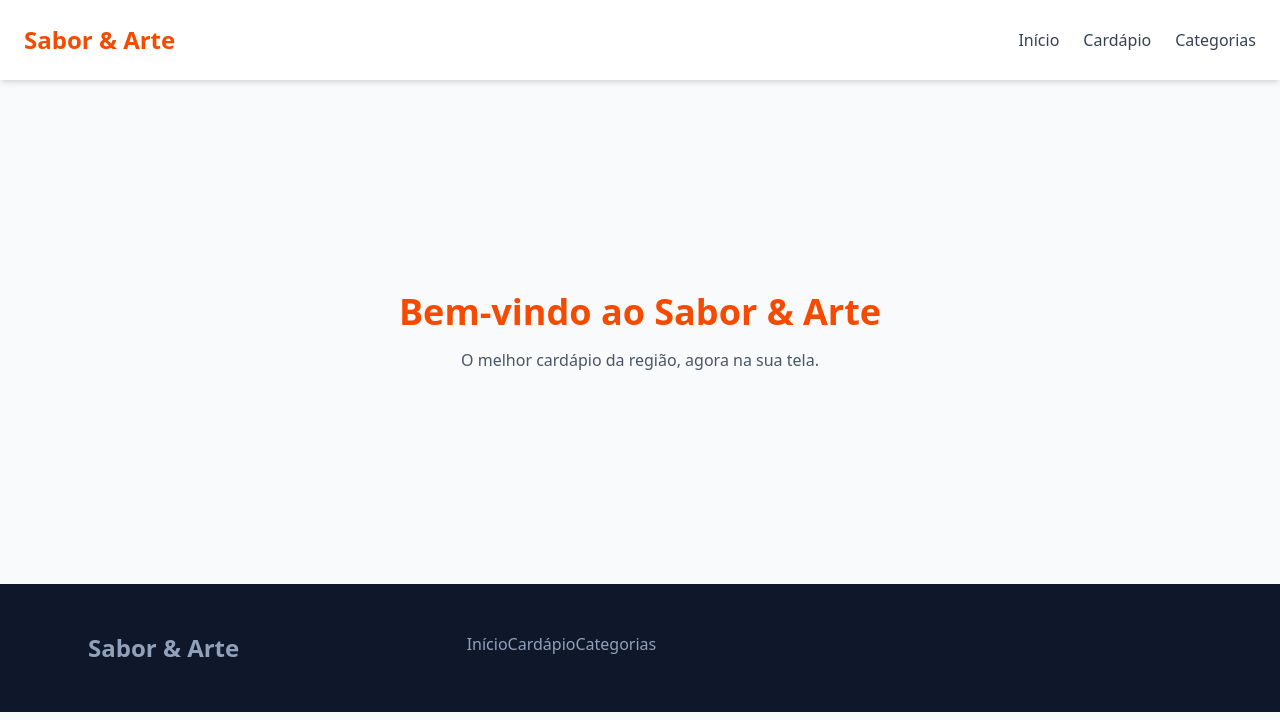
Repository: LuigiBLombardo/Next---Atividade
Page: / (app in sistema-cardapio/)
An editor plug-in stored every save of this project. The page is shown before and after a run of saves, followed by the edit.
The browser window is 1280 px wide. The pictures show the whole page.
The project was rebuilt for these pictures with package versions that can differ from the ones it lists, and the page was loaded fresh each time. The framework's server and built-in components were replaced by stand-ins that run in the browser. Also part of the build but not shown: sistema-cardapio/next.config.mjs.

Above is the page before, as saved 2026-09-04 19:25:03.

### sistema-cardapio/src/app/layout.js
import { Inter, Montserrat } from "next/font/google";
import "./globals.css";
import Navbar from "@/components/Navbar";
import Footer from "@/components/Footer";

const inter = Inter({ subsets: ["latin"], variable: "--font-inter" });

const montserrat = Montserrat({ subsets: ["latin"], variable: "--font-montserrat" });

export default function RootLayout({ children }) {
    return (
        <html lang="pt-br" className={`${inter.variable} ${montserrat.variable}`}>
            <body className="font-sans bg-gray-50 antialiased">
                <Navbar />
                {children}
                <Footer/>
            </body>
        </html>
);
}

### sistema-cardapio/src/app/page.js
import Image from "next/image";

export default function Home() {
  return (
    <main className="flex flex-col items-center justify-center min-h-[70vh]">
        <h1 className="text-4xl font-bold text-orange-600">Bem-vindo ao Sabor & Arte</h1>
        <p className="mt-4 text-gray-600">O melhor cardápio da região, agora na sua tela.</p>
    </main>
  );
}

### sistema-cardapio/src/components/Navbar.js
import Link from 'next/link';

export default function Navbar() {
    return (
        <nav className="flex items-center justify-between p-6 bg-white shadow-md">
            <h2 className="text-2xl font-bold text-orange-600">Sabor & Arte</h2>
            <div className="flex gap-6">
                <Link href="/" className="text-gray-700 hover:text-orange-600 font-medium">Início</Link>
                <Link href="/cardapio" className="text-gray-700 hover:text-orange-600 font-medium">Cardápio</Link>
                <Link href="/categorias" className="text-gray-700 hover:text-orange-600
font-medium">Categorias</Link>
            </div>
        </nav>
);
}

### sistema-cardapio/src/components/Footer.js
import Link from "next/link";

export default function Footer(){
    return (
        <footer className="w-full bg-slate-900 text-slate-400 pt-12">

            <div className="max-w-6xl mx-auto px-6 pb-12 grid grid-cols-1 md:grid-cols-3 gap-8">

                <div>

                    <h2 className="text-2xl font-bold ">
                        Sabor & Arte
                    </h2>

                    <p></p>

                </div>

                <div>

                    <h3></h3>

                    <div>
                        <Link href="/" className="">Início</Link>
                        <Link href="/cardapio" className="">Cardápio</Link>
                        <Link href="/categorias" className="">Categorias</Link>
                    </div>

                </div>

                <div>

                </div>
            </div>

        </footer>
    )
}

Loaded but not shown: sistema-cardapio/src/app/globals.css (common file)

After the next 3 saves:
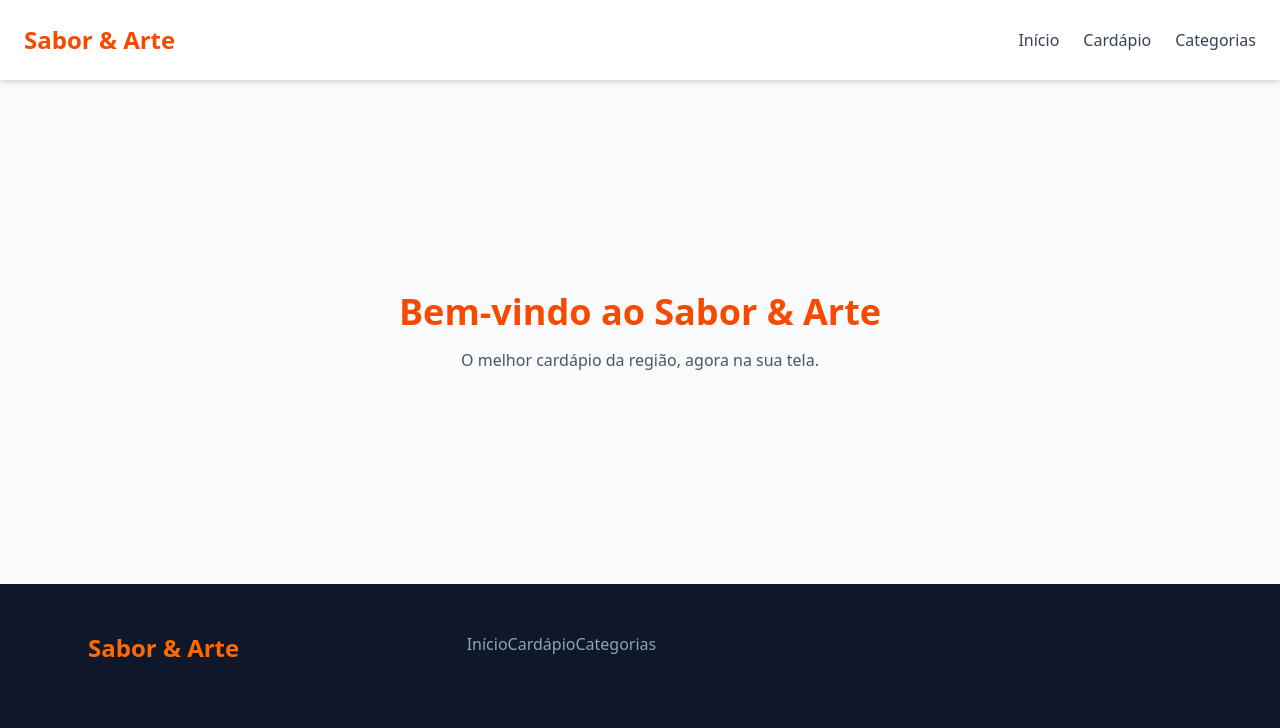
The 3 saves are shown as one change because they came seconds apart.
The last was saved 11 s later.
--- a/sistema-cardapio/src/components/Footer.js
+++ b/sistema-cardapio/src/components/Footer.js
@@ -8,7 +8,7 @@ export default function Footer(){
 
                 <div>
 
-                    <h2 className="text-2xl font-bold ">
+                    <h2 className="text-2xl font-bold text-orange-500 mb-4">
                         Sabor & Arte
                     </h2>
 
